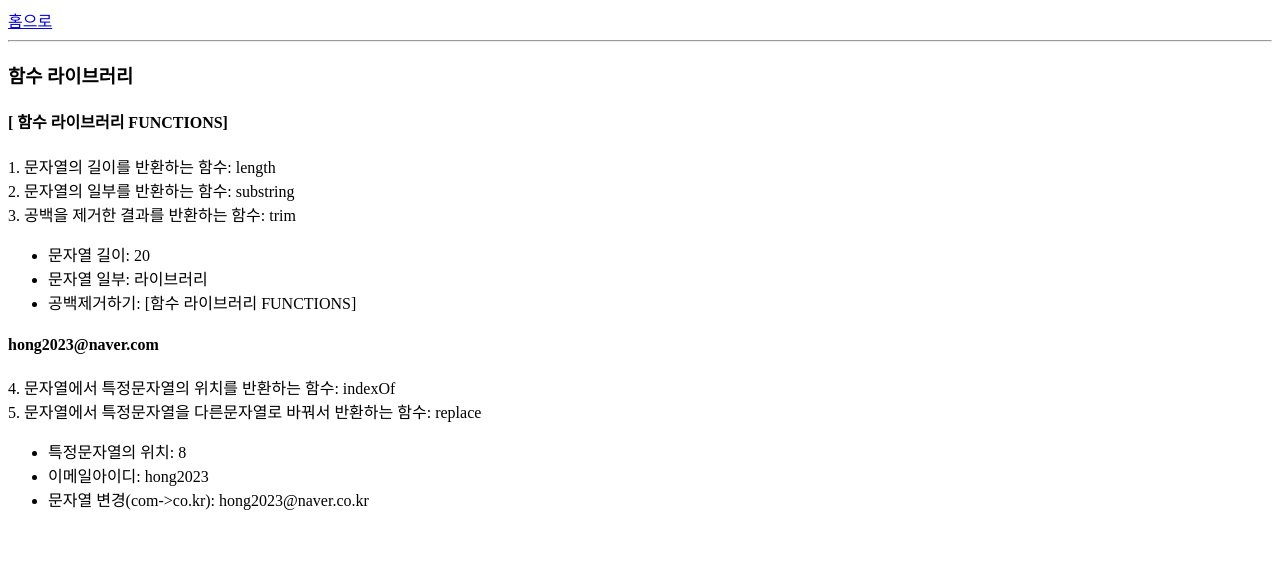
Repository: linklifejo/study_web
Page: http://localhost/servlet02/jstl/functions.jsp
The author's editor kept a copy of each file at every save. The page is drawn from the files as they stood at one save, then again after the next save.
The browser window is 1280 px wide. The pictures show the whole page.
The page is served by Tomcat 9.

Above is the page before, as saved 2023-02-08 01:53:37.

After the next save:
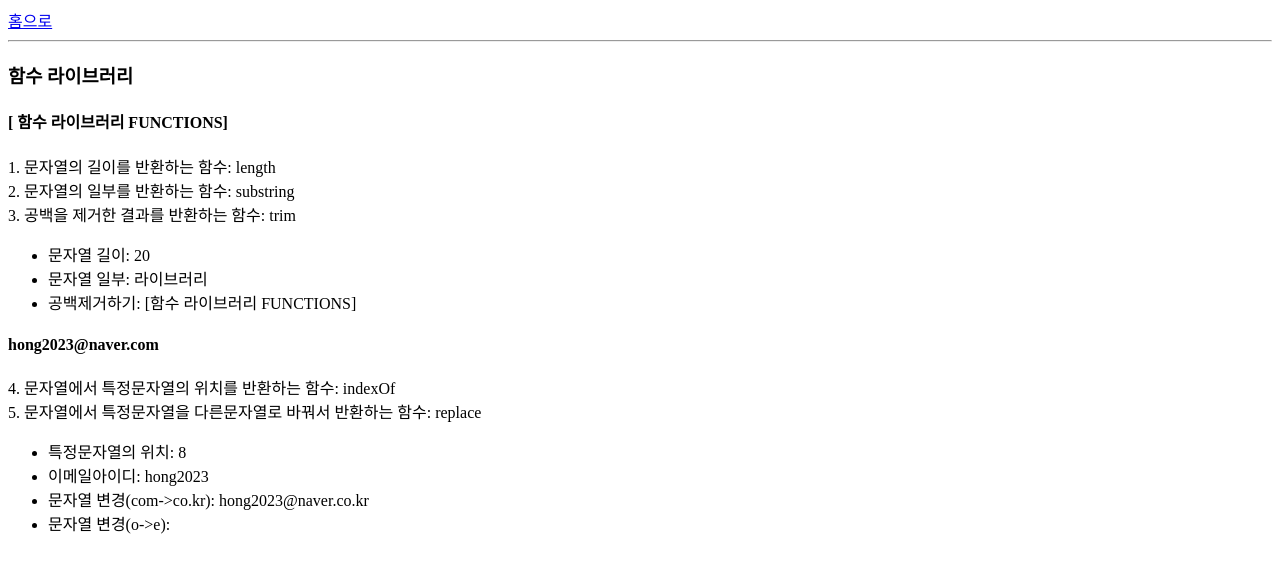
Saved 42 s later.
--- a/servlet02/src/main/webapp/jstl/functions.jsp
+++ b/servlet02/src/main/webapp/jstl/functions.jsp
@@ -32,6 +32,7 @@
 	<li>특정문자열의 위치: ${fn: indexOf(email, '@') } </li>
 	<li>이메일아이디: ${fn: substring(email, 0, fn: indexOf(email, '@')) }</li>
 	<li>문자열 변경(com->co.kr): ${fn: replace(email, 'com', 'co.kr') }</li>
+	<li>문자열 변경(o->e):</li>
 </ul>
 
 
